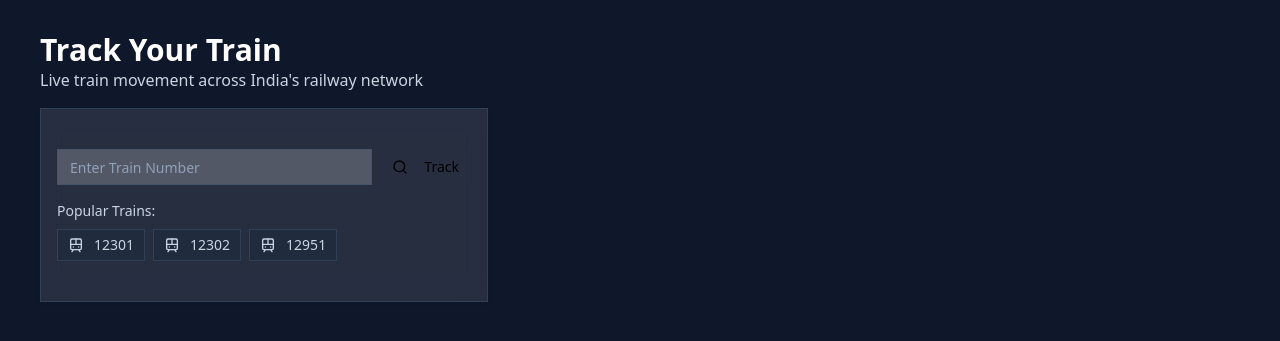
Repository: dhwanijain-dev/IRCTC
Page: /trackingtrain
The author's editor kept a copy of each file at every save. The page is drawn from the files as they stood at one save, then again after a run of saves.
The browser window is 1280 px wide. The pictures show the whole page.
The project was rebuilt for these pictures with package versions that can differ from the ones it lists, and the page was loaded fresh each time. The framework's server and built-in components were replaced by stand-ins that run in the browser. Also part of the build but not shown: next.config.js, src/components/ui/badge.tsx, src/components/train-status-panel.tsx.

Above is the page before, as saved 2025-03-23 22:34:33.

### src/app/layout.tsx


import type { Metadata } from "next";
import { Geist, Geist_Mono } from "next/font/google";
import "./globals.css";
import SmoothScrollLenis from "@/app/components/SmoothScrollLenis";


const geistSans = Geist({
  variable: "--font-geist-sans",
  subsets: ["latin"],
});

const geistMono = Geist_Mono({
  variable: "--font-geist-mono",
  subsets: ["latin"],
});

export const metadata: Metadata = {
  title: "Create Next App",
  description: "Generated by create next app",
};

export default function RootLayout({
  children,
}: Readonly<{
  children: React.ReactNode;


}>)

{

  return (
    <html lang="en" suppressHydrationWarning>
      <body
        className={`${geistSans.variable} ${geistMono.variable} antialiased`}
      >
      <SmoothScrollLenis />

          {children}

      </body>
    </html>
  );
}

### src/app/trackingtrain/page.tsx
"use client"

import { useState } from "react"
import TrainMap from "@/components/train-map"
import TrainStatusPanel from "@/components/train-status-panel"
import TrainSearch from "@/components/train-search"

// Mock train data - in a real app, this would come from an API
const mockTrainData = {
    "12301": {
        name: "Howrah-New Delhi Rajdhani Express",
        number: "12301",
        status: "On Time",
        currentStation: "Kanpur Central",
        nextStation: "New Delhi",
        delay: 0,
        route: [
            {
                name: "Howrah Junction",
                code: "HWH",
                status: "departed",
                scheduledDeparture: "16:10",
                actualDeparture: "16:10",
            },
            {
                name: "Asansol Junction",
                code: "ASN",
                status: "departed",
                scheduledArrival: "18:01",
                actualArrival: "18:01",
                scheduledDeparture: "18:03",
                actualDeparture: "18:03",
            },
            {
                name: "Dhanbad Junction",
                code: "DHN",
                status: "departed",
                scheduledArrival: "18:55",
                actualArrival: "18:55",
                scheduledDeparture: "18:57",
                actualDeparture: "18:57",
            },
            {
                name: "Gaya Junction",
                code: "GAYA",
                status: "departed",
                scheduledArrival: "20:23",
                actualArrival: "20:23",
                scheduledDeparture: "20:25",
                actualDeparture: "20:25",
            },
            {
                name: "Dehri On Sone",
                code: "DOS",
                status: "departed",
                scheduledArrival: "21:10",
                actualArrival: "21:10",
                scheduledDeparture: "21:12",
                actualDeparture: "21:12",
            },
            {
                name: "Mughalsarai Junction",
                code: "MGS",
                status: "departed",
                scheduledArrival: "22:05",
                actualArrival: "22:05",
                scheduledDeparture: "22:15",
                actualDeparture: "22:15",
            },
            {
                name: "Allahabad Junction",
                code: "ALD",
                status: "departed",
                scheduledArrival: "23:30",
                actualArrival: "23:30",
                scheduledDeparture: "23:35",
                actualDeparture: "23:35",
            },
            {
                name: "Kanpur Central",
                code: "CNB",
                status: "departed",
                scheduledArrival: "01:30",
                actualArrival: "01:30",
                scheduledDeparture: "01:35",
                actualDeparture: "01:35",
            },
            { name: "New Delhi", code: "NDLS", status: "upcoming", scheduledArrival: "04:55", actualArrival: "04:55" },
        ],
        progress: 85, // percentage of journey completed
        coordinates: [
            { lat: 22.5986, lng: 88.3696 }, // Howrah
            { lat: 23.6739, lng: 86.9661 }, // Asansol
            { lat: 23.7957, lng: 86.4304 }, // Dhanbad
            { lat: 24.7955, lng: 84.9994 }, // Gaya
            { lat: 24.9168, lng: 84.0432 }, // Dehri On Sone
            { lat: 25.2815, lng: 83.1139 }, // Mughalsarai
            { lat: 25.4358, lng: 81.8463 }, // Allahabad
            { lat: 26.4499, lng: 80.3319 }, // Kanpur
            { lat: 28.6139, lng: 77.209 }, // New Delhi
        ],
    },
    "12302": {
        name: "New Delhi-Howrah Rajdhani Express",
        number: "12302",
        status: "Delayed",
        currentStation: "Gaya Junction",
        nextStation: "Dhanbad Junction",
        delay: 25,
        route: [
            { name: "New Delhi", code: "NDLS", status: "departed", scheduledDeparture: "16:10", actualDeparture: "16:10" },
            {
                name: "Kanpur Central",
                code: "CNB",
                status: "departed",
                scheduledArrival: "20:20",
                actualArrival: "20:20",
                scheduledDeparture: "20:25",
                actualDeparture: "20:25",
            },
            {
                name: "Allahabad Junction",
                code: "ALD",
                status: "departed",
                scheduledArrival: "22:30",
                actualArrival: "22:45",
                scheduledDeparture: "22:35",
                actualDeparture: "22:50",
            },
            {
                name: "Mughalsarai Junction",
                code: "MGS",
                status: "departed",
                scheduledArrival: "23:50",
                actualArrival: "00:05",
                scheduledDeparture: "00:00",
                actualDeparture: "00:15",
            },
            {
                name: "Dehri On Sone",
                code: "DOS",
                status: "departed",
                scheduledArrival: "00:55",
                actualArrival: "01:10",
                scheduledDeparture: "00:57",
                actualDeparture: "01:12",
            },
            {
                name: "Gaya Junction",
                code: "GAYA",
                status: "current",
                scheduledArrival: "01:43",
                actualArrival: "02:08",
                scheduledDeparture: "01:45",
                actualDeparture: "02:10",
            },
            {
                name: "Dhanbad Junction",
                code: "DHN",
                status: "upcoming",
                scheduledArrival: "03:25",
                actualArrival: "03:50",
                scheduledDeparture: "03:27",
                actualDeparture: "03:52",
            },
            {
                name: "Asansol Junction",
                code: "ASN",
                status: "upcoming",
                scheduledArrival: "04:25",
                actualArrival: "04:50",
                scheduledDeparture: "04:27",
                actualDeparture: "04:52",
            },
            { name: "Howrah Junction", code: "HWH", status: "upcoming", scheduledArrival: "06:55", actualArrival: "07:20" },
        ],
        progress: 55, // percentage of journey completed
        coordinates: [
            { lat: 28.6139, lng: 77.209 }, // New Delhi
            { lat: 26.4499, lng: 80.3319 }, // Kanpur
            { lat: 25.4358, lng: 81.8463 }, // Allahabad
            { lat: 25.2815, lng: 83.1139 }, // Mughalsarai
            { lat: 24.9168, lng: 84.0432 }, // Dehri On Sone
            { lat: 24.7955, lng: 84.9994 }, // Gaya
            { lat: 23.7957, lng: 86.4304 }, // Dhanbad
            { lat: 23.6739, lng: 86.9661 }, // Asansol
            { lat: 22.5986, lng: 88.3696 }, // Howrah
        ],
    },
    "12951": {
        name: "Mumbai Central - New Delhi Rajdhani Express",
        number: "12951",
        status: "Delayed",
        currentStation: "Kota Junction",
        nextStation: "Sawai Madhopur",
        delay: 15,
        route: [
            {
                name: "Mumbai Central",
                code: "MMCT",
                status: "departed",
                scheduledDeparture: "16:35",
                actualDeparture: "16:35",
            },
            {
                name: "Borivali",
                code: "BVI",
                status: "departed",
                scheduledArrival: "17:13",
                actualArrival: "17:13",
                scheduledDeparture: "17:15",
                actualDeparture: "17:15",
            },
            {
                name: "Surat",
                code: "ST",
                status: "departed",
                scheduledArrival: "19:14",
                actualArrival: "19:14",
                scheduledDeparture: "19:16",
                actualDeparture: "19:16",
            },
            {
                name: "Vadodara Junction",
                code: "BRC",
                status: "departed",
                scheduledArrival: "20:55",
                actualArrival: "20:55",
                scheduledDeparture: "21:00",
                actualDeparture: "21:00",
            },
            {
                name: "Ratlam Junction",
                code: "RTM",
                status: "departed",
                scheduledArrival: "00:15",
                actualArrival: "00:25",
                scheduledDeparture: "00:20",
                actualDeparture: "00:30",
            },
            {
                name: "Kota Junction",
                code: "KOTA",
                status: "current",
                scheduledArrival: "03:00",
                actualArrival: "03:15",
                scheduledDeparture: "03:05",
                actualDeparture: "03:20",
            },
            {
                name: "Sawai Madhopur",
                code: "SWM",
                status: "upcoming",
                scheduledArrival: "04:32",
                actualArrival: "04:47",
                scheduledDeparture: "04:34",
                actualDeparture: "04:49",
            },
            {
                name: "Mathura Junction",
                code: "MTJ",
                status: "upcoming",
                scheduledArrival: "06:25",
                actualArrival: "06:40",
                scheduledDeparture: "06:27",
                actualDeparture: "06:42",
            },
            { name: "New Delhi", code: "NDLS", status: "upcoming", scheduledArrival: "08:35", actualArrival: "08:50" },
        ],
        progress: 65, // percentage of journey completed
        coordinates: [
            { lat: 18.9712, lng: 72.819 }, // Mumbai Central
            { lat: 19.2312, lng: 72.8553 }, // Borivali
            { lat: 21.1702, lng: 72.8311 }, // Surat
            { lat: 22.3072, lng: 73.1812 }, // Vadodara
            { lat: 23.3315, lng: 75.0367 }, // Ratlam
            { lat: 25.2138, lng: 75.8648 }, // Kota
            { lat: 26.0207, lng: 76.3534 }, // Sawai Madhopur
            { lat: 27.4924, lng: 77.6737 }, // Mathura
            { lat: 28.6139, lng: 77.209 }, // New Delhi
        ],
    },
}

export default function TrackYourTrainPage() {
    const [selectedTrain, setSelectedTrain] = useState<any>(null)
    const [searchQuery, setSearchQuery] = useState<string>("");

    const handleTrainSearch = (trainNumber: string | number) => {
        setSearchQuery(String(trainNumber))
        setSelectedTrain(mockTrainData[trainNumber])
    }

    return (
        <div className="relative w-full  h-screen bg-slate-900">
            {/* 3D Map */}
            <TrainMap selectedTrain={selectedTrain} />

            {/* UI Overlay */}
            <div className="absolute top-0 left-0 w-full h-full pointer-events-none px-10">
                <div className="container mx-auto h-full flex flex-col">
                    {/* Header */}
                    <div className="pt-8 pb-4 pointer-events-auto">
                        <h1 className="text-3xl font-bold text-white">Track Your Train </h1>
                        <p className="text-slate-300">Live train movement across India's railway network</p>
                    </div>

                    {/* Search Panel */}
                    <div className="w-full max-w-md pointer-events-auto">
                        <TrainSearch onSearch={handleTrainSearch} />
                    </div>

                    {/* Spacer */}
                    <div className="flex-grow"></div>

                    {/* Status Panel */}
                    {selectedTrain && (
                        <div className="mb-8 pointer-events-auto">
                            <TrainStatusPanel train={selectedTrain} />
                        </div>
                    )}
                </div>
            </div>
        </div>
    )
}

### src/app/components/SmoothScrollLenis.tsx
"use client";
import { useEffect } from "react";
import Lenis from "@studio-freight/lenis";

const SmoothScrollLenis = () => {
    useEffect(() => {
        const lenis = new Lenis({
            smooth: true,
            lerp: 0.1, // Controls smoothness
        });

        const raf = (time) => {
            lenis.raf(time);
            requestAnimationFrame(raf);
        };

        requestAnimationFrame(raf);
    }, []);

    return (
        <></>
    );
};

export default SmoothScrollLenis;

### src/components/train-search.tsx
"use client"

import { useState, FormEvent } from "react"
import { Button } from "@/components/ui/button"
import { Input } from "@/components/ui/input"
import { Card, CardContent } from "@/components/ui/card"
import { Search, Train } from "lucide-react"

// Sample train numbers for quick selection
const popularTrains = [
  { number: "12301", name: "Howrah-New Delhi Rajdhani" },
  { number: "12302", name: "New Delhi-Howrah Rajdhani" },
  { number: "12951", name: "Mumbai-Delhi Rajdhani" },
]

interface TrainSearchProps {
  onSearch: (trainNumber: string) => void
}

export default function TrainSearch({ onSearch }: TrainSearchProps) {
  const [trainNumber, setTrainNumber] = useState<string>("")

  const handleSubmit = (e: FormEvent) => {
    e.preventDefault()
    if (trainNumber.trim()) {
      onSearch(trainNumber.trim())
    }
  }

  return (
      <Card className="bg-white/10 backdrop-blur-md border-slate-700">
        <CardContent className="p-4">
          <form onSubmit={handleSubmit} className="space-y-4">
            <div className="flex space-x-2">
              <Input
                  type="text"
                  placeholder="Enter Train Number"
                  value={trainNumber}
                  onChange={(e) => setTrainNumber(e.target.value)}
                  className="bg-white/20 border-slate-600 text-white placeholder:text-slate-400"
              />
              <Button type="submit" variant="default">
                <Search className="h-4 w-4 mr-2" />
                Track
              </Button>
            </div>

            <div>
              <p className="text-sm text-slate-300 mb-2">Popular Trains:</p>
              <div className="flex flex-wrap gap-2">
                {popularTrains.map((train) => (
                    <Button
                        key={train.number}
                        variant="outline"
                        size="sm"
                        className="bg-slate-800/50 border-slate-700 text-slate-300 hover:bg-slate-700 hover:text-white"
                        onClick={() => {
                          setTrainNumber(train.number)
                          onSearch(train.number)
                        }}
                    >
                      <Train className="h-3 w-3 mr-1" />
                      {train.number}
                    </Button>
                ))}
              </div>
            </div>
          </form>
        </CardContent>
      </Card>
  )
}

### src/components/ui/card.tsx
'use client'
import * as React from "react"

import { cn } from "@/lib/utils"

function Card({ className, ...props }: React.ComponentProps<"div">) {
  return (
    <div
      data-slot="card"
      className={cn(
        "bg-card text-card-foreground flex flex-col gap-6 rounded-xl border py-6 shadow-sm",
        className
      )}
      {...props}
    />
  )
}

function CardHeader({ className, ...props }: React.ComponentProps<"div">) {
  return (
    <div
      data-slot="card-header"
      className={cn(
        "@container/card-header grid auto-rows-min grid-rows-[auto_auto] items-start gap-1.5 px-6 has-data-[slot=card-action]:grid-cols-[1fr_auto] [.border-b]:pb-6",
        className
      )}
      {...props}
    />
  )
}

function CardTitle({ className, ...props }: React.ComponentProps<"div">) {
  return (
    <div
      data-slot="card-title"
      className={cn("leading-none font-semibold", className)}
      {...props}
    />
  )
}

function CardDescription({ className, ...props }: React.ComponentProps<"div">) {
  return (
    <div
      data-slot="card-description"
      className={cn("text-muted-foreground text-sm", className)}
      {...props}
    />
  )
}

function CardAction({ className, ...props }: React.ComponentProps<"div">) {
  return (
    <div
      data-slot="card-action"
      className={cn(
        "col-start-2 row-span-2 row-start-1 self-start justify-self-end",
        className
      )}
      {...props}
    />
  )
}

function CardContent({ className, ...props }: React.ComponentProps<"div">) {
  return (
    <div
      data-slot="card-content"
      className={cn("px-6", className)}
      {...props}
    />
  )
}

function CardFooter({ className, ...props }: React.ComponentProps<"div">) {
  return (
    <div
      data-slot="card-footer"
      className={cn("flex items-center px-6 [.border-t]:pt-6", className)}
      {...props}
    />
  )
}

export {
  Card,
  CardHeader,
  CardFooter,
  CardTitle,
  CardAction,
  CardDescription,
  CardContent,
}

### src/components/ui/button.tsx
'use client'
import * as React from "react"
import { Slot } from "@radix-ui/react-slot"
import { cva, type VariantProps } from "class-variance-authority"

import { cn } from "@/lib/utils"

const buttonVariants = cva(
  "inline-flex items-center justify-center gap-2 whitespace-nowrap rounded-md text-sm font-medium transition-all disabled:pointer-events-none disabled:opacity-50 [&_svg]:pointer-events-none [&_svg:not([class*='size-'])]:size-4 shrink-0 [&_svg]:shrink-0 outline-none focus-visible:border-ring focus-visible:ring-ring/50 focus-visible:ring-[3px] aria-invalid:ring-destructive/20 dark:aria-invalid:ring-destructive/40 aria-invalid:border-destructive",
  {
    variants: {
      variant: {
        default:
          "bg-primary text-primary-foreground shadow-xs hover:bg-primary/90",
        destructive:
          "bg-destructive text-white shadow-xs hover:bg-destructive/90 focus-visible:ring-destructive/20 dark:focus-visible:ring-destructive/40 dark:bg-destructive/60",
        outline:
          "border bg-background shadow-xs hover:bg-accent hover:text-accent-foreground dark:bg-input/30 dark:border-input dark:hover:bg-input/50",
        secondary:
          "bg-secondary text-secondary-foreground shadow-xs hover:bg-secondary/80",
        ghost:
          "hover:bg-accent hover:text-accent-foreground dark:hover:bg-accent/50",
        link: "text-primary underline-offset-4 hover:underline",
      },
      size: {
        default: "h-9 px-4 py-2 has-[>svg]:px-3",
        sm: "h-8 rounded-md gap-1.5 px-3 has-[>svg]:px-2.5",
        lg: "h-10 rounded-md px-6 has-[>svg]:px-4",
        icon: "size-9",
      },
    },
    defaultVariants: {
      variant: "default",
      size: "default",
    },
  }
)

function Button({
  className,
  variant,
  size,
  asChild = false,
  ...props
}: React.ComponentProps<"button"> &
  VariantProps<typeof buttonVariants> & {
    asChild?: boolean
  }) {
  const Comp = asChild ? Slot : "button"

  return (
    <Comp
      data-slot="button"
      className={cn(buttonVariants({ variant, size, className }))}
      {...props}
    />
  )
}

export { Button, buttonVariants }

### src/components/ui/input.tsx
'use client'
import * as React from "react"

import { cn } from "@/lib/utils"

function Input({ className, type, ...props }: React.ComponentProps<"input">) {
  return (
    <input
      type={type}
      data-slot="input"
      className={cn(
        "file:text-foreground placeholder:text-muted-foreground selection:bg-primary selection:text-primary-foreground dark:bg-input/30 border-input flex h-9 w-full min-w-0 rounded-md border bg-transparent px-3 py-1 text-base shadow-xs transition-[color,box-shadow] outline-none file:inline-flex file:h-7 file:border-0 file:bg-transparent file:text-sm file:font-medium disabled:pointer-events-none disabled:cursor-not-allowed disabled:opacity-50 md:text-sm",
        "focus-visible:border-ring focus-visible:ring-ring/50 focus-visible:ring-[3px]",
        "aria-invalid:ring-destructive/20 dark:aria-invalid:ring-destructive/40 aria-invalid:border-destructive",
        className
      )}
      {...props}
    />
  )
}

export { Input }

Loaded but not shown: src/app/globals.css (common file); src/lib/utils.ts (common file); src/components/train-map.tsx (248 lines, source omitted)

After the next 20 saves:
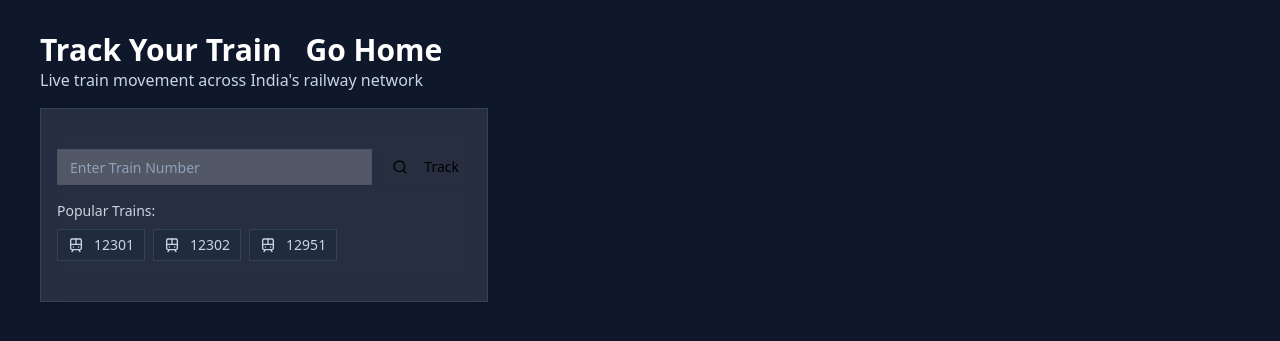
The 20 saves are shown as one change because 1 did not build or start and some came seconds apart.
The last was saved 34 s later.
--- a/src/app/trackingtrain/page.tsx
+++ b/src/app/trackingtrain/page.tsx
@@ -4,6 +4,7 @@ import { useState } from "react"
 import TrainMap from "@/components/train-map"
 import TrainStatusPanel from "@/components/train-status-panel"
 import TrainSearch from "@/components/train-search"
+import Link from "next/link"
 
 // Mock train data - in a real app, this would come from an API
 const mockTrainData = {
@@ -301,7 +302,7 @@ export default function TrackYourTrainPage() {
                 <div className="container mx-auto h-full flex flex-col">
                     {/* Header */}
                     <div className="pt-8 pb-4 pointer-events-auto">
-                        <h1 className="text-3xl font-bold text-white">Track Your Train </h1>
+                        <h1 className="text-3xl font-bold text-white">Track Your Train <Link className="ml-4" href="/">Go Home</Link> </h1>
                         <p className="text-slate-300">Live train movement across India's railway network</p>
                     </div>
 
